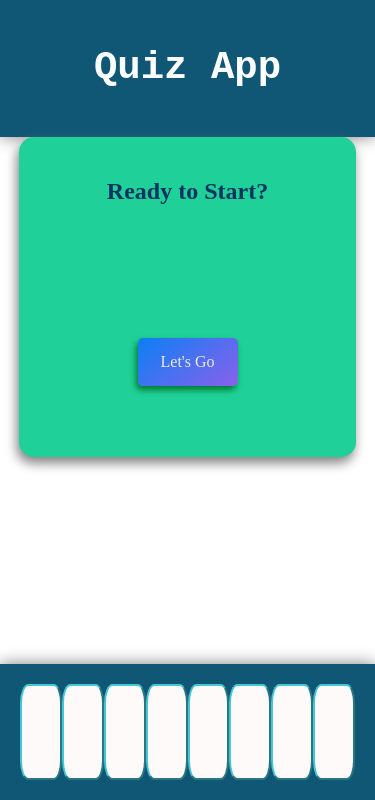
Repository: tpic12/quiz_app
Page: index.html
The author's editor kept a copy of each file at every save. The page is drawn from the files as they stood at one save, then again after the next save.
The browser window is 375 px wide. The pictures show the whole page.

Above is the page before, as saved 2019-12-28 15:11:38.

After the next save:
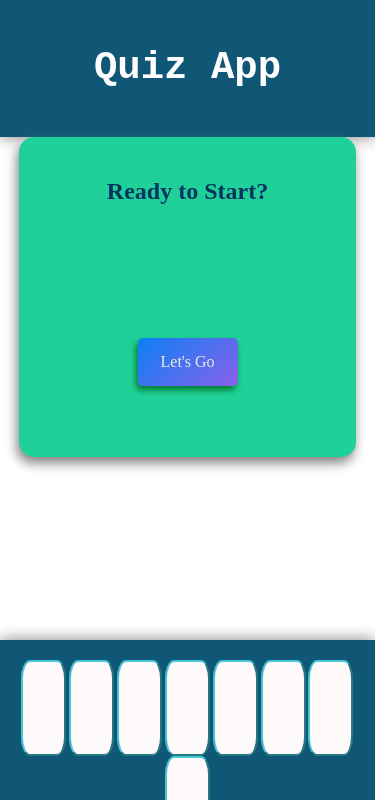
Saved 29 s later.
--- a/app.css
+++ b/app.css
@@ -159,7 +159,7 @@
     display: block;
   }
 
-  .count {
+  .counts {
     flex-wrap: wrap;
   }
 }

After the save that followed:
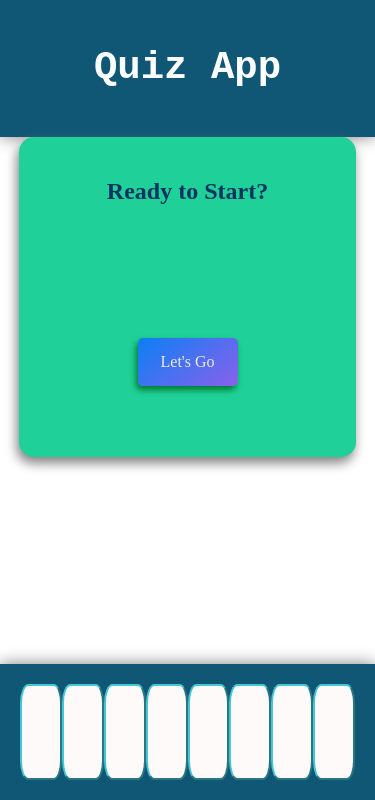
Saved 4 s later.
--- a/app.css
+++ b/app.css
@@ -160,6 +160,6 @@
   }
 
   .counts {
-    flex-wrap: wrap;
+    flex-wrap: nowrap;
   }
 }
